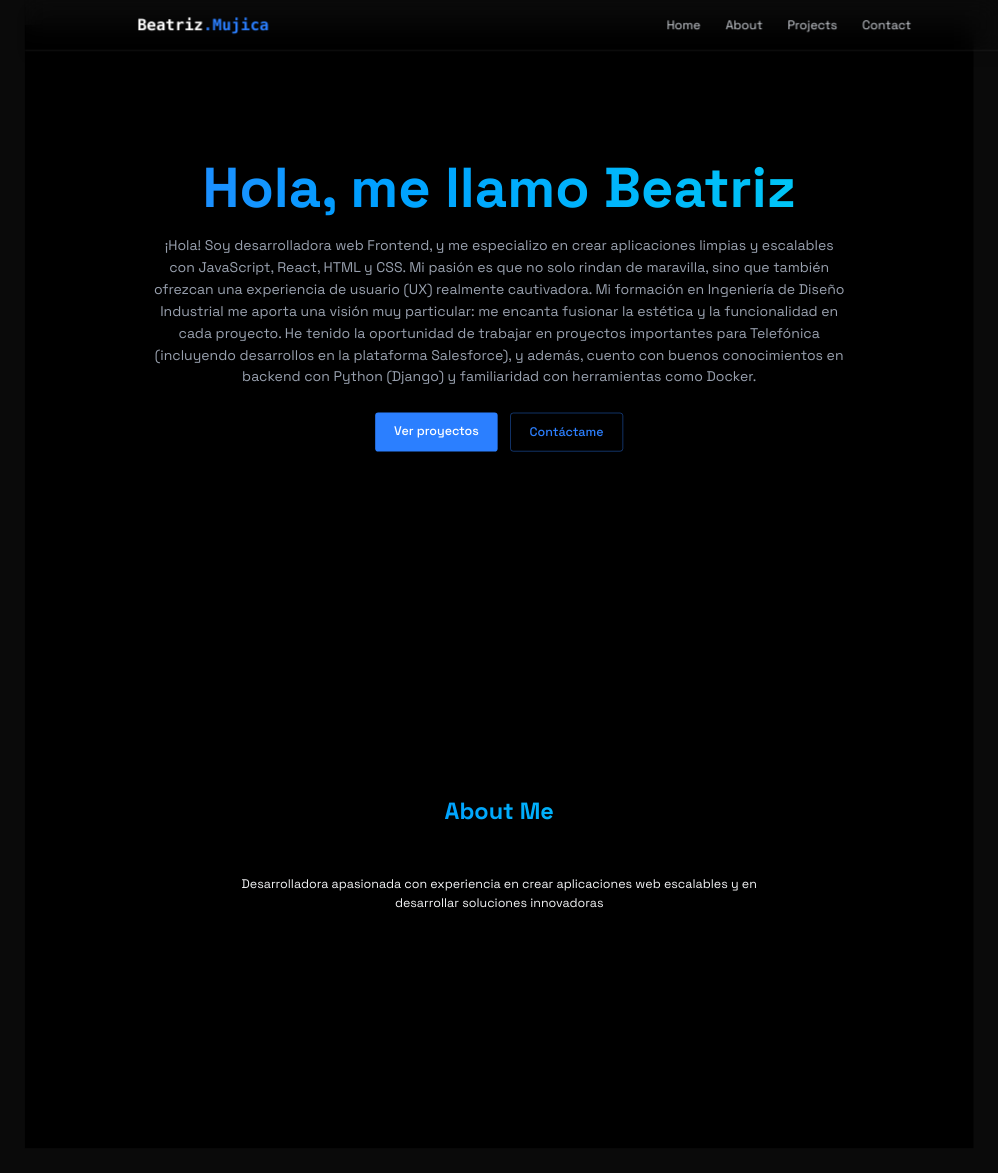
Repository: Bea0224/beatriz-portfolio
Page: /
The author's editor kept a copy of each file at every save. The page is drawn from the files as they stood at one save, then again after the next save.
The browser window is 1280 px wide. The pictures show the whole page, at 78% of full size.
The project was rebuilt for these pictures with package versions that can differ from the ones it lists, and the page was loaded fresh each time. Also part of the build but not shown: vite.config.js.

Above is the page before, as saved 2025-12-06 20:55:26.

### index.html
<!doctype html>
<html lang="en">
  <head>
    <meta charset="UTF-8" />
    <link rel="icon" type="image/svg+xml" href="/vite.svg" />
    <link rel="preconnect" href="https://fonts.googleapis.com">
    <link rel="preconnect" href="https://fonts.gstatic.com" crossorigin>
    <link
      href="https://fonts.googleapis.com/css2?family=Space+Grotesk:wght@300..700&display=swap"
      rel="stylesheet"
    />
    <meta name="viewport" content="width=device-width, initial-scale=1.0" />
    <title>Vite + React</title>
  </head>
  <body>
    <div id="root"></div>
    <script type="module" src="/src/main.jsx"></script>
  </body>
</html>

### src/index.css
@import "tailwindcss";

html,
body {
  margin: 0;
  padding: 0;
  font-family: "Space Grotesk", sans-serif;
  background: #0a0a0a;
  color: #f3f4f6;
}

@layer utilities {
  @keyframes blink {
    0%,
    100% {
      opacity: 1;
    }
    50% {
      opacity: 0;
    }
  }

  .animate-blink {
    animation: blink 0.8s step-end infinite;
  }

  @keyframes loading {
    0% {
      transform: translateX(-100%);
    }
    100% {
      transform: translateX(250%);
    }
  }

  .animate-loading-bar {
    animation: loading 0.8s ease infinite;
  }
}

.reveal {
  opacity: 0;
  transform: translateY(20px);
  transition: opacity 0.7s ease, transform 0.7s ease;
}

.reveal.visible {
  opacity: 1;
  transform: translateY(0);
}

### src/App.jsx
import { useState } from 'react';
import './App.css'
import {LoadingScreen} from "./components/LoadingScreem";
import { Navbar } from './components/Navbar';
import { MobileMenu } from './components/MobileMenu';
import { Home } from './components/sections/Home';
import { About } from './components/sections/About';
// import { Projects } from './components/sections/Projects';
// import { Contact } from './components/sections/Contact';

import "./index.css"

function App() {
  const [isLoaded, setIsLoaded] = useState(false)
  const [menuOpen, setMenuOpen] = useState(false)

  return (
    <>
      {!isLoaded && <LoadingScreen onComplete={()=>setIsLoaded(true)} />}{" "}
        <div className={`min-h-screen transition-opacity duration-700 ${isLoaded ? "opacity-100" : "opacity-0"
        } bg-black text-gray-100`}
        >
          <Navbar menuOpen={menuOpen} setMenuOpen={setMenuOpen} />
          <MobileMenu menuOpen={menuOpen} setMenuOpen={setMenuOpen} />
          <Home />
          <About />
          {/*<Projects />
          <Contact /> */}
        </div>
    </>
  )
}

export default App

### src/components/LoadingScreem.jsx
import { useEffect, useState } from "react";

export const LoadingScreen = ({ onComplete }) => {
  const [text, setText] = useState("");
  const fullText = "<Hello Wolrd! />";

  useEffect(() => {
    let index = 0;
    const interval = setInterval(() => {
      setText(fullText.substring(0, index));
      index++;

      if (index > fullText.length) {
        clearInterval(interval);

        setTimeout(() => {
          onComplete();
        }, 1000);
      }
    }, 100);

    return () => clearInterval(interval);
  }, [onComplete]);

  return (
    <div className="fixed inset-0 z-50 bg-black text-gray-100 flex flex-col items-center justify-center">
      <div className="mb-4 text-4xl font-mono font-bold">
        {text} <span className="animate-blink ml-1"> | </span>
      </div>

      <div className="w-[200px] h-[2px] bg-gray-800 rounded relative overflow-hidden">
        <div className="w-[40%] h-full bg-blue-500 shadow-[0_0_15px_#3b82f6] animate-loading-bar"></div>
      </div>
    </div>
  );
};

### src/components/Navbar.jsx
import { useEffect } from "react"

export const Navbar = ({menuOpen, setMenuOpen}) => {

    useEffect(() => {
        document.body.style.overflow = menuOpen ? "hidden" : "";
    }, [menuOpen])

    return (
    <nav className="fixed top-0 w-full z-40 bg-[rgba(10, 10, 10, 0.8)] backdrop-blur-lg border-b border-white/10 shadow-lg">
        <div className="max-w-5xl mx-auto px-4">
            <div className="flex justify-between items-center h-16">
                <a href="#home" className="font-mono text-xl font-bold text-white">
                    {" "}
                    Beatriz<span className="text-blue-500">.Mujica</span>{" "}
                </a>
                <div className="w-7 h-5 relative cursor-pointer z-40 md:hidden" onClick={()=> setMenuOpen((prev => !prev))}>
                    &#9776;
                </div>
                <div className="hidden md:flex items-center space-x-8">
                    <a
                        href="#home"
                        className="text-gray-300 hove:text-white transition-colors"
                    >
                        {" "}
                        Home{" "}
                    </a>
                    <a
                        href="#about"
                        className="text-gray-300 hove:text-white transition-colors"
                    >
                        {" "}
                        About{" "}
                    </a>
                    <a
                        href="#projects"
                        className="text-gray-300 hove:text-white transition-colors"
                    >
                        {" "}
                        Projects{" "}
                    </a>
                    <a
                        href="contact"
                        className="text-gray-300 hove:text-white transition-colors"
                    >
                        {" "}
                        Contact{" "}
                    </a>
                </div>
            </div>
        </div>
    </nav>
    )
}

### src/components/MobileMenu.jsx
export const MobileMenu = ({menuOpen, setMenuOpen}) => {


    return (
        <div className={`fixed top-0 left-0 w-full bg-[rgba(10,10,10,0.8)] z-40 flex flex-col items-center justify-center
                         transition-all duration-300 ease-in-out
                         ${menuOpen
                            ? "h-screen opacity-100 pointer-events-auto"
                            : "h-0 opacity-0 pointer-events-none"
                         }
                        `}
        >
            <button
                onClick={() => setMenuOpen(false)}
                className="absolute top-6 right-6 text-white text-3xl focus:outline-none cursor-pointer"
                aria-label="Close Menu"
                >
                &times;
            </button>

            <a
                href="#home"
                onClick={() => setMenuOpen(false)}
                className={`text-2xl font-semibold text-white my-4 tranform transition-transform duration-300
                            ${
                                menuOpen
                                    ? "opacity-100 translate-y-0"
                                    : "opacity-0 translate-y-5"
                            }
                    `}
            >
                Home
            </a>
            <a
                href="#about"
                onClick={() => setMenuOpen(false)}
                className={`text-2xl font-semibold text-white my-4 tranform transition-transform duration-300
                            ${
                                menuOpen
                                    ? "opacity-100 translate-y-0"
                                    : "opacity-0 translate-y-5"
                            }
                    `}
            >
                About
            </a>
            <a
                href="#projects"
                onClick={() => setMenuOpen(false)}
                className={`text-2xl font-semibold text-white my-4 tranform transition-transform duration-300
                            ${
                                menuOpen
                                    ? "opacity-100 translate-y-0"
                                    : "opacity-0 translate-y-5"
                            }
                    `}
            >
                Projects
            </a>
            <a
                href="contact"
                onClick={() => setMenuOpen(false)}
                className={`text-2xl font-semibold text-white my-4 tranform transition-transform duration-300
                            ${
                                menuOpen
                                    ? "opacity-100 translate-y-0"
                                    : "opacity-0 translate-y-5"
                            }
                    `}
            >
                Contact
            </a>
        </div>
    );
}

### src/components/sections/Home.jsx


export const Home = () => {
    return (
        <section
            id="home"
            className="min-h-screen flex items-center justify-center relative">
                <div className="text-center z-10 px-4">
                    <h1 className="text-5xl md:text-7xl font-bold mb-6 bg-gradient-to-r from-blue-500 to-cyan-400 bg-clip-text text-transparent leading-right">
                        Hola, me llamo Beatriz
                    </h1>
                    <p className="text-gray-400 text-lg mb-8 w-3/4 mx-auto">
                        ¡Hola! Soy desarrolladora web Frontend, y me especializo en crear aplicaciones limpias y escalables con JavaScript, React, HTML y CSS. Mi pasión es que no solo rindan de maravilla, sino que también ofrezcan una experiencia de usuario (UX) realmente cautivadora.
                        Mi formación en Ingeniería de Diseño Industrial me aporta una visión muy particular: me encanta fusionar la estética y la funcionalidad en cada proyecto.
                        He tenido la oportunidad de trabajar en proyectos importantes para Telefónica (incluyendo desarrollos en la plataforma Salesforce), y además, cuento con buenos conocimientos en backend con Python (Django) y familiaridad con herramientas como Docker.
                    </p>
                    <div className="flex justify-center space-x-4">
                        <a href="#projects" className="bg-blue-500 text-white py-3 px-6 rounded font-medium transition relative overflow-hidden hover:-translate-y-0.5 hover:shadow-[0_0_15px_rgba(59, 130, 246, 0.4)]">
                            Ver proyectos
                        </a>
                        <a href="#contact" className="border border-blue-500/50 text-blue-500 py-3 px-6 rounded font-medium transition-all duration-200 hover:shadow-[0_0_15px_rgba(59, 130, 246, 0.2)] hover:bg-blue-500/10">
                            Contáctame
                        </a>
                    </div>
                </div>
        </section>
    )
}

### src/components/sections/About.jsx
export const About = () => {
    return(
        <section
            id="about"
            className="min-h-screen flex items-center justify-center py-20"
        >
            <div className="max-w-3xl mx-auto px-4">
                <h2 className="text-3xl font-bold mb-8 bg-gradient-to-r from-blue-500 to-cyan-400 bg-clip-text text-transparent text-center">
                    {" "}
                    About Me
                </h2>
                <div className="glass rounded-xl p-8 border-white/10">
                    <p>
                        Desarrolladora apasionada con experiencia en crear aplicaciones web escalables y en desarrollar soluciones innovadoras
                    </p>
                </div>
            </div>
        </section>
    );

}

Loaded but not shown: src/main.jsx (common file); src/App.css (common file)

After the next save:
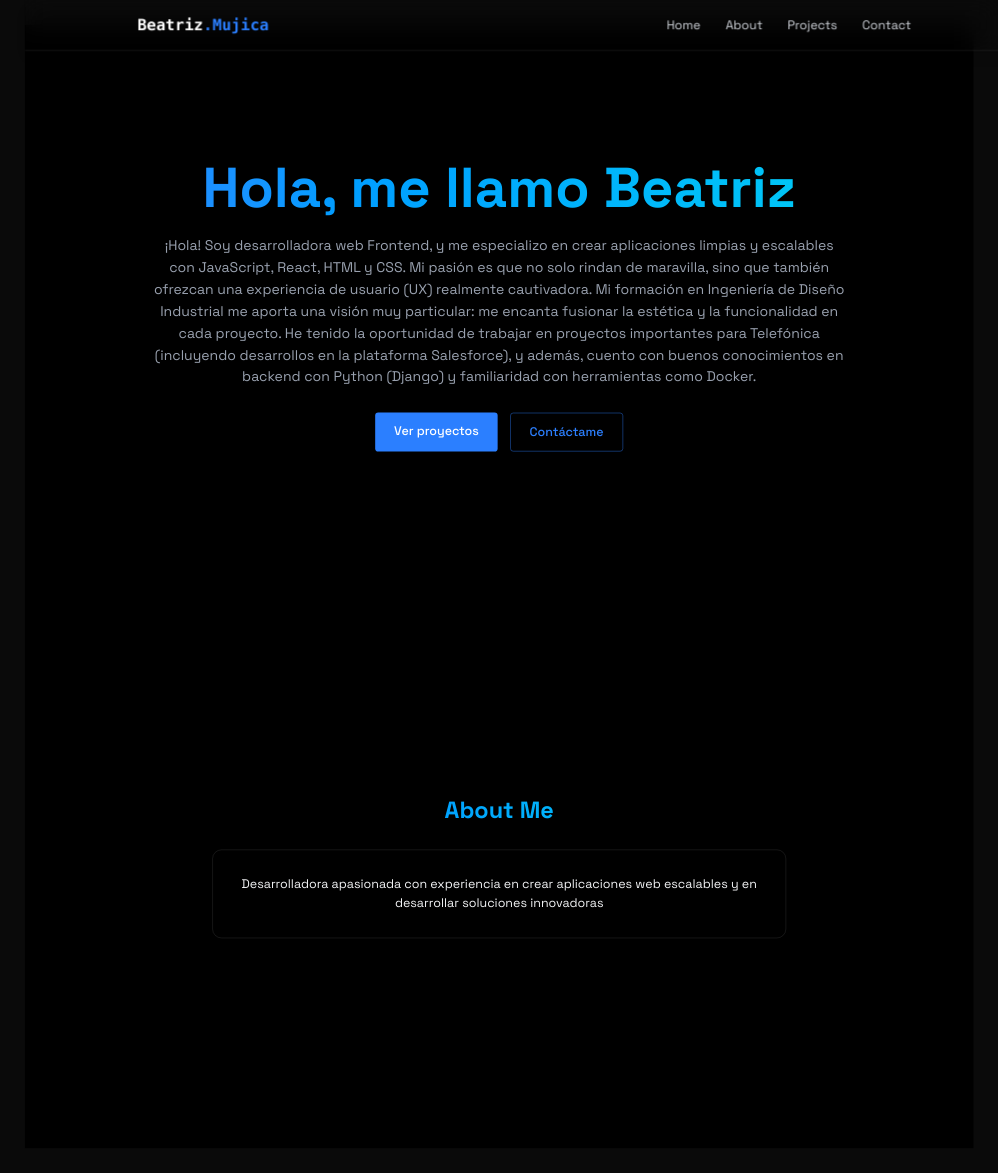
Saved 32 s later.
--- a/src/components/sections/About.jsx
+++ b/src/components/sections/About.jsx
@@ -9,7 +9,7 @@
                     {" "}
                     About Me
                 </h2>
-                <div className="glass rounded-xl p-8 border-white/10">
+                <div className="glass rounded-xl p-8 border-white/10 border">
                     <p>
                         Desarrolladora apasionada con experiencia en crear aplicaciones web escalables y en desarrollar soluciones innovadoras
                     </p>
